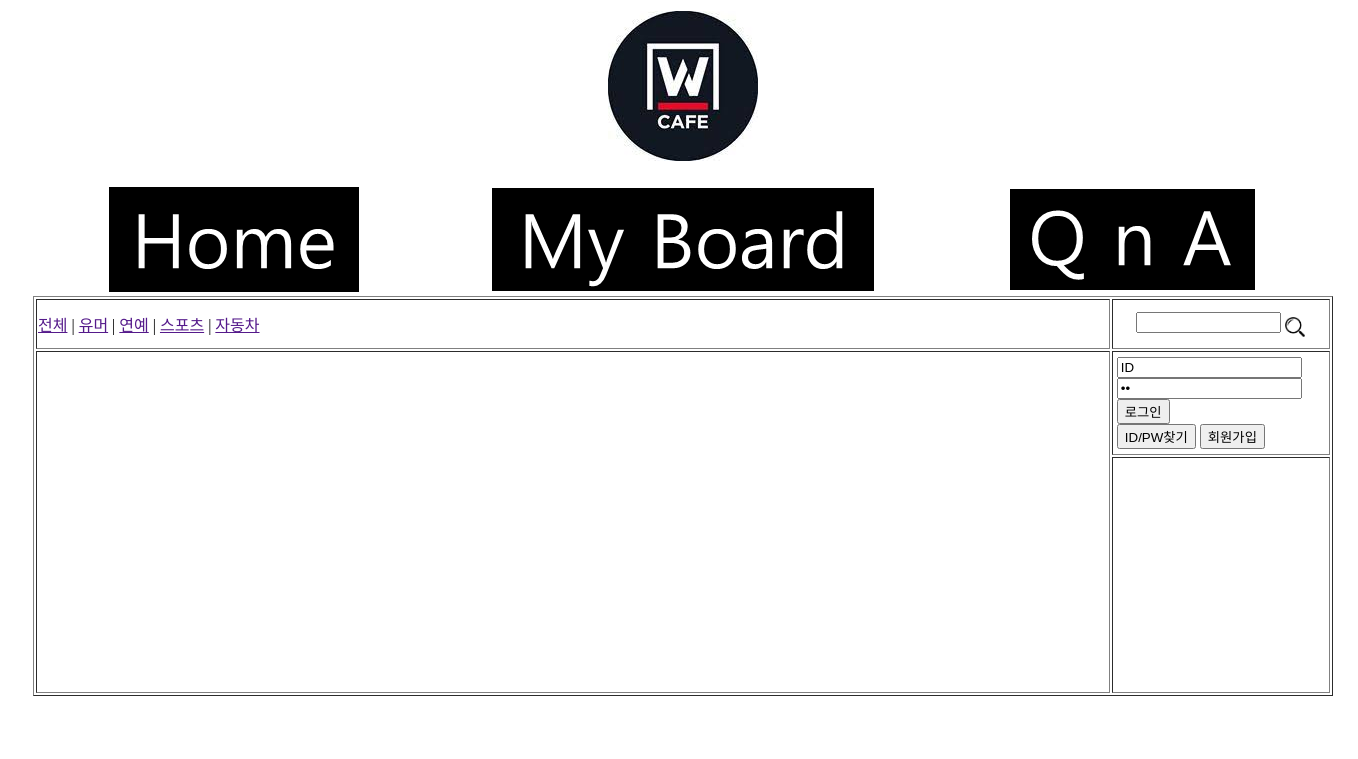
Repository: Leewonhoo/kostaweb
Page: FirstProject/WebContent/index.html
An editor plug-in stored every save of this project. The page is shown before and after the next save, followed by the edit.
The browser window is 1280 px wide. The page is 1358 px wide, so the pictures cover 1358 px, including what lies to the right of the window. The pictures show the whole page.

Above is the page before, as saved 2017-09-14 03:06:02.

### FirstProject/WebContent/index.html
<!DOCTYPE html PUBLIC "-//W3C//DTD HTML 4.01 Transitional//EN" "http://www.w3.org/TR/html4/loose.dtd">
<html>
<head>
<meta http-equiv="Content-Type" content="text/html; charset=EUC-KR">
<title>Insert title here</title>

<script type="text/javascript">
</script>

</head>
<body>
	<!-- 전체 레이아웃 -->
	<table  height="620px" width="1350px">
		<!-- header -->
		<tr>
			<td colspan="3" width="1330px" align="center"><input type="image" src="images/Logo.jpg" title="Wcafe" align="middle"></td>
		</tr>
		<tr height="20px"></tr>
		<!-- 메뉴바 -->
		<tr>
			<td width="30%" align="center"><input type="image" src="images/home.jpg" title="Home" align="middle"></td>
			<td width="30%" align="center"><input type="image" src="images/Myboard.jpg" title="myboard" align="middle"></td>
			<td width="30%" align="center"><input type="image" src="images/qna.jpg" title="QnA" align="middle"></td>
		</tr>
		<!-- body -->
		<tr height="380px">
		<td colspan="3">
			<table border="1" width="1300px" height="400px" align="center">
				<tr height="50px">
					<!-- 카테고리 -->
					<td width="900px">
						<a href="">전체</a>
						<span>|</span>
						<a href="">유머</a>
						<span>|</span>
						<a href="">연예</a>
						<span>|</span>
						<a href="">스포츠</a>
						<span>|</span>
						<a href="">자동차</a>
					</td>
					<!-- 검색 -->
					<td width="200px" align="center">
						<input type="text" size="15">
						<input type="image" src="images/search.jpg" title="search" width="20px" height="20px" align="middle">
					</td>
				</tr>
				<tr>
					<!-- 게시판 -->
					<td rowspan="2" width="1000px"></td>
					<td height="100px">
						<table>
							<tr>
								<!-- 로그인 전 -->
								<td>
									<form action="login.html">
										<input type="text" value="ID"/>
										<input type="password" value="PW">
										<input type="submit" value="로그인"><br>
										<input type="button" value="ID/PW찾기">
										<input type="button" value="회원가입"  onclick="Register.html">
									</form>
								</td>
							</tr>
						</table>
					</td>
				</tr>
				<tr>
					<!-- 로그인 밑 빈공간 -->
					<td></td>
				</tr>
			</table>
			</td>
		</tr>
		<!-- foot -->
		<tr height="50px">
			<td colspan="4" width="1366px"></td>
		</tr>
	</table>
</body>
</html>

After the next save:
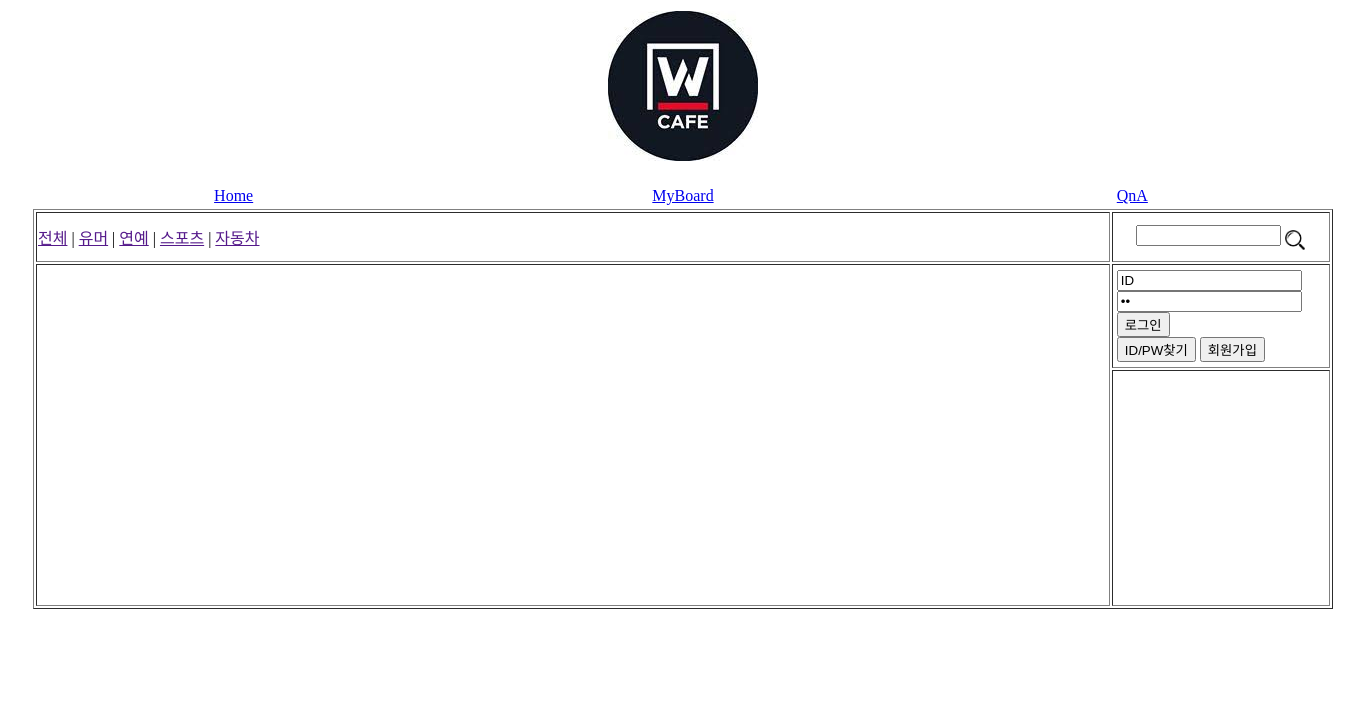
Saved 2 min 48 s later.
--- a/FirstProject/WebContent/index.html
+++ b/FirstProject/WebContent/index.html
@@ -18,9 +18,9 @@
 		<tr height="20px"></tr>
 		<!-- 메뉴바 -->
 		<tr>
-			<td width="30%" align="center"><input type="image" src="images/home.jpg" title="Home" align="middle"></td>
-			<td width="30%" align="center"><input type="image" src="images/Myboard.jpg" title="myboard" align="middle"></td>
-			<td width="30%" align="center"><input type="image" src="images/qna.jpg" title="QnA" align="middle"></td>
+			<td width="30%" align="center"><a href="#">Home</a></td>
+			<td width="30%" align="center"><a href="#">MyBoard</a></td>
+			<td width="30%" align="center"><a href="#">QnA</a></td>
 		</tr>
 		<!-- body -->
 		<tr height="380px">
